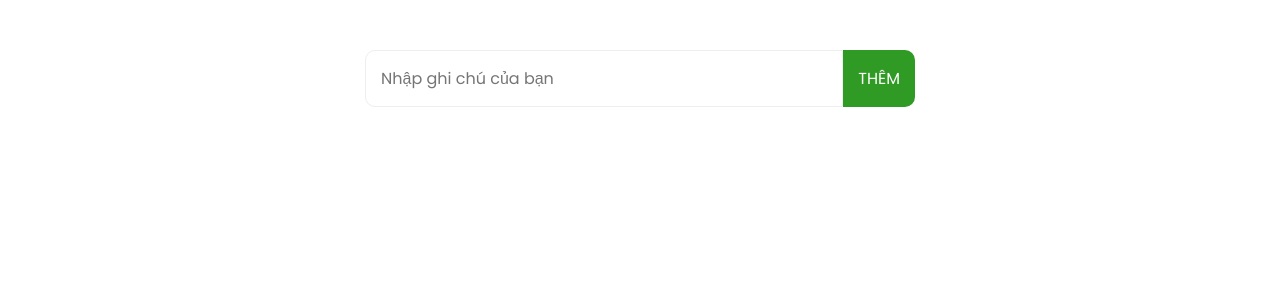
Repository: Nqvinh7603/TO-DO-LIST
Page: index.html
An editor plug-in stored every save of this project. The page is shown before and after the next save, followed by the edit.
The browser window is 1280 px wide. The pictures show the whole page.

Above is the page before, as saved 2023-12-28 10:26:56.
Console error: SyntaxError: Unexpected token '{'

After the next save:
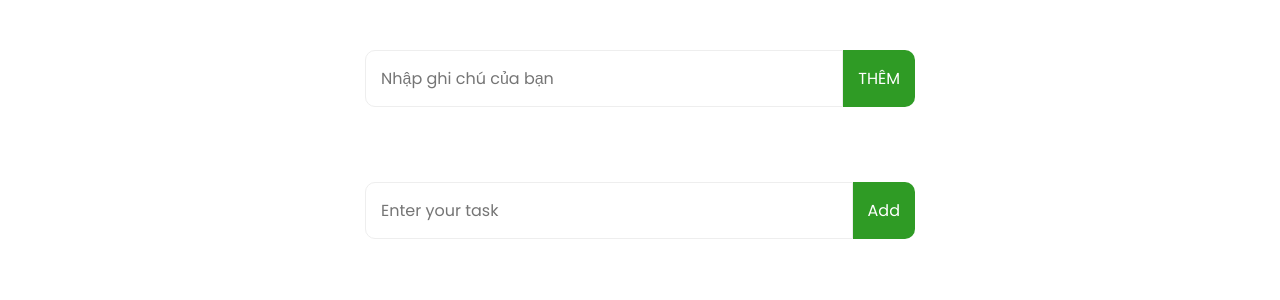
The error is gone.
Saved 13 min 25 s later.
--- a/ToDoList.js
+++ b/ToDoList.js
@@ -1,45 +1,50 @@
-// window.addEventListener("load", function () {
-//   //Lấy thẻ HTML có class là "todo-form"
-//   const form = document.querySelector(".todo-form");
-//   const todoList = document.querySelector(".todo-list");
-// });
+// MVC: Model View Controller
 class Model {
   constructor() {
     this.todos = JSON.parse(localStorage.getItem("todoList")) || [];
   }
+
   handleTodoChange(handler) {
     this.todoListChange = handler;
+    // handleTodoChange = (todos) => {
+    //   this.view.displayTodos(todos);
+    // };
   }
+
   _reload(todos) {
     this.todoListChange(todos);
     localStorage.setItem("todoList", JSON.stringify(todos));
   }
+
   addTodo(todoText) {
-    isFinite(todoText.length > 0){
+    if (todoText.length > 0) {
       this.todos.push(todoText);
     }
     this._reload(this.todos);
   }
+
   removeTodo(todoText) {
-    const idx = this.todos = findIdx((item) => item === todoText);
-    this.todos.splice(idx, 1);
+    const index = this.todos.findIndex((item) => item === todoText);
+    this.todos.splice(index, 1);
     this._reload(this.todos);
   }
 }
-
 class View {
   constructor() {
-    globalThisthis.app = this.getElement("body");
-    globalThis.todoWrapper = this.createElement("div", "todo");
-    globalThis.form = this.createElement("form", "todo-form");
-    globalThis.form.autocomplete = "off";
+    this.app = this.getElement("body");
+
+    this.todoWrapper = this.createElement("div", "todo");
+    this.form = this.createElement("form", "todo-form");
+    this.form.autocomplete = "off";
+
     this.input = this.createElement("input", "todo-input");
-    tihss.input.type = "text";
-    this.input.placeholder = "Nhập ghi chú của bạn";
+    this.input.type = "text";
+    this.input.placeholder = "Enter your task";
     this.input.name = "todo";
+
     this.submit = this.createElement("button", "todo-submit");
     this.submit.type = "submit";
-    this.submit.textContent = "THÊM";
+    this.submit.textContent = "Add";
 
     this.form.append(this.input, this.submit);
 
@@ -47,15 +52,14 @@ class View {
     this.todoWrapper.append(this.form, this.todoList);
     this.app.append(this.todoWrapper);
   }
-  //createElement
+
+  // createElement
   createElement(tag, className) {
-    const ele = document.createElement(tag);
-    if (className) {
-      ele.classList.add(className);
-    }
-    return ele;
+    const elm = document.createElement(tag);
+    if (className) elm.classList.add(className);
+    return elm;
   }
-  //getElement
+  // getElement
   getElement(selector) {
     const elm = document.querySelector(selector);
     return elm;
@@ -64,26 +68,31 @@ class View {
   get _todoValue() {
     return this.input.value;
   }
+
   _resetValue() {
     this.input.value = "";
   }
+
   displayTodos(todos) {
     while (this.todoList.firstChild) {
       this.todoList.removeChild(this.todoList.firstChild);
     }
     if (todos.length > 0) {
       todos.forEach((todoText) => {
-        const toDoItem = this.createElement("div", "todo-item");
-        const span = this.this.createElement("span", "todo-text ");
+        const todoItem = this.createElement("div", "todo-item");
+        const span = this.createElement("span", "todo-text");
         span.textContent = todoText;
         const icon = this.createElement("i");
         icon.className = "fa fa-trash todo-remove";
-        icon.setAtribute("data-value", todoText);
-        toDoItem.append(span, icon);
-        this.todoList.append(toDoItem);
+        icon.setAttribute("data-value", todoText);
+
+        todoItem.append(span, icon);
+
+        this.todoList.append(todoItem);
       });
     }
   }
+
   viewAddTodo(handler) {
     this.form.addEventListener("submit", (e) => {
       e.preventDefault();
@@ -93,7 +102,8 @@ class View {
       }
     });
   }
-  viewRemoveToDo(handler) {
+
+  viewRemoveTodo(handler) {
     this.todoList.addEventListener("click", (e) => {
       if (e.target.matches(".todo-remove")) {
         const todo = e.target.parentNode;
@@ -108,7 +118,26 @@ class Controller {
   constructor(model, view) {
     this.model = model;
     this.view = view;
-    this.model.handleTO;
+    // this.model.addTodo("Tran anh tuan");
+    // this.view.displayTodos(this.model.todos);
+    this.model.handleTodoChange(this.handleTodoChange);
+    this.view.viewAddTodo(this.handleAddTodo);
+    this.view.viewRemoveTodo(this.handleRemoveTodo);
+
+    this.handleTodoChange(this.model.todos);
   }
+
+  handleTodoChange = (todos) => {
+    this.view.displayTodos(todos);
+  };
+
+  handleAddTodo = (todoText) => {
+    this.model.addTodo(todoText);
+  };
+
+  handleRemoveTodo = (todoText) => {
+    this.model.removeTodo(todoText);
+  };
 }
+
 const app = new Controller(new Model(), new View());
